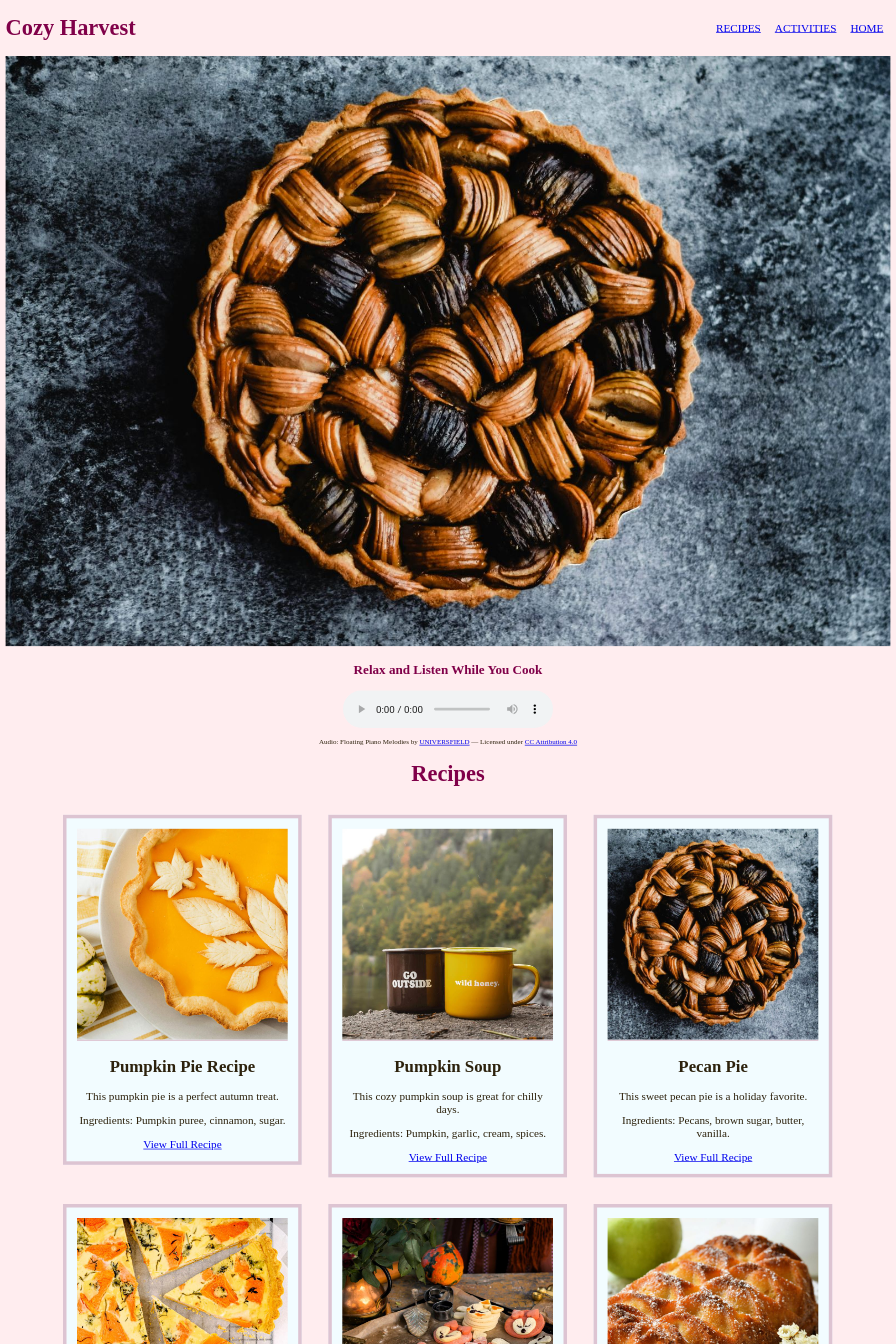
Repository: Brittany-Westlund/MART341-WebDesign
Page: WebDesignHomework/Assignment8/recipes.html
These files come from the project's save history. The page is drawn as it stood at one moment and after the next save; the edit follows.
The browser window is 1280 px wide. The pictures show the part of the page from y = 0 to 1920 px (the page is 2986 px tall before and 3014 px after), at 70% of full size.

Above is the page before, as saved 2024-10-13 14:00:28.

After the next save:
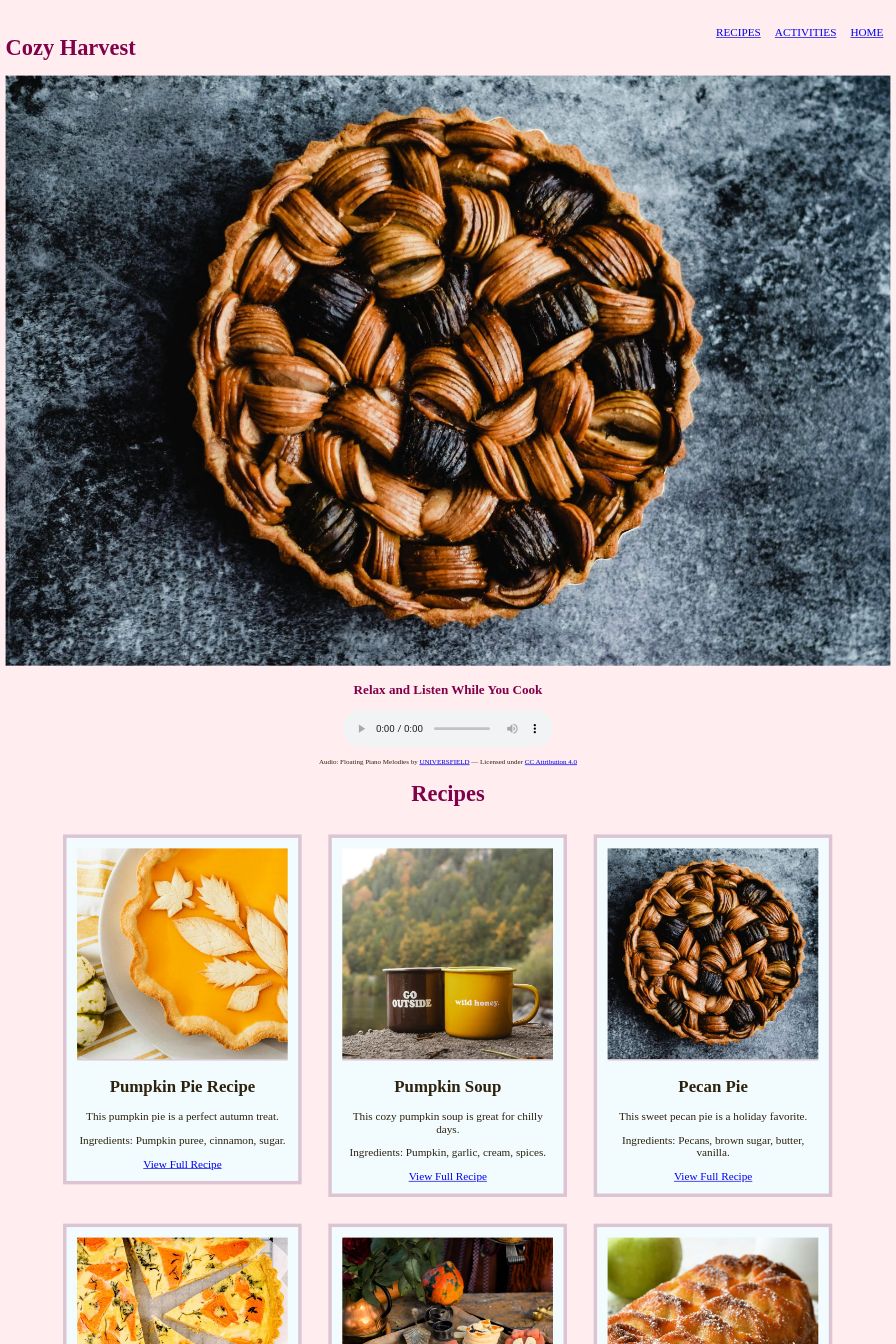
Saved 38 s later.
--- a/WebDesignHomework/Assignment8/recipes.html
+++ b/WebDesignHomework/Assignment8/recipes.html
@@ -8,6 +8,7 @@
     <style>
         body {
             background-color: rgb(255, 237, 239);
+            padding: 20px 0px 0px 0px;
         }
         h1 {
             color: rgb(128, 0, 73);

After the save that followed:
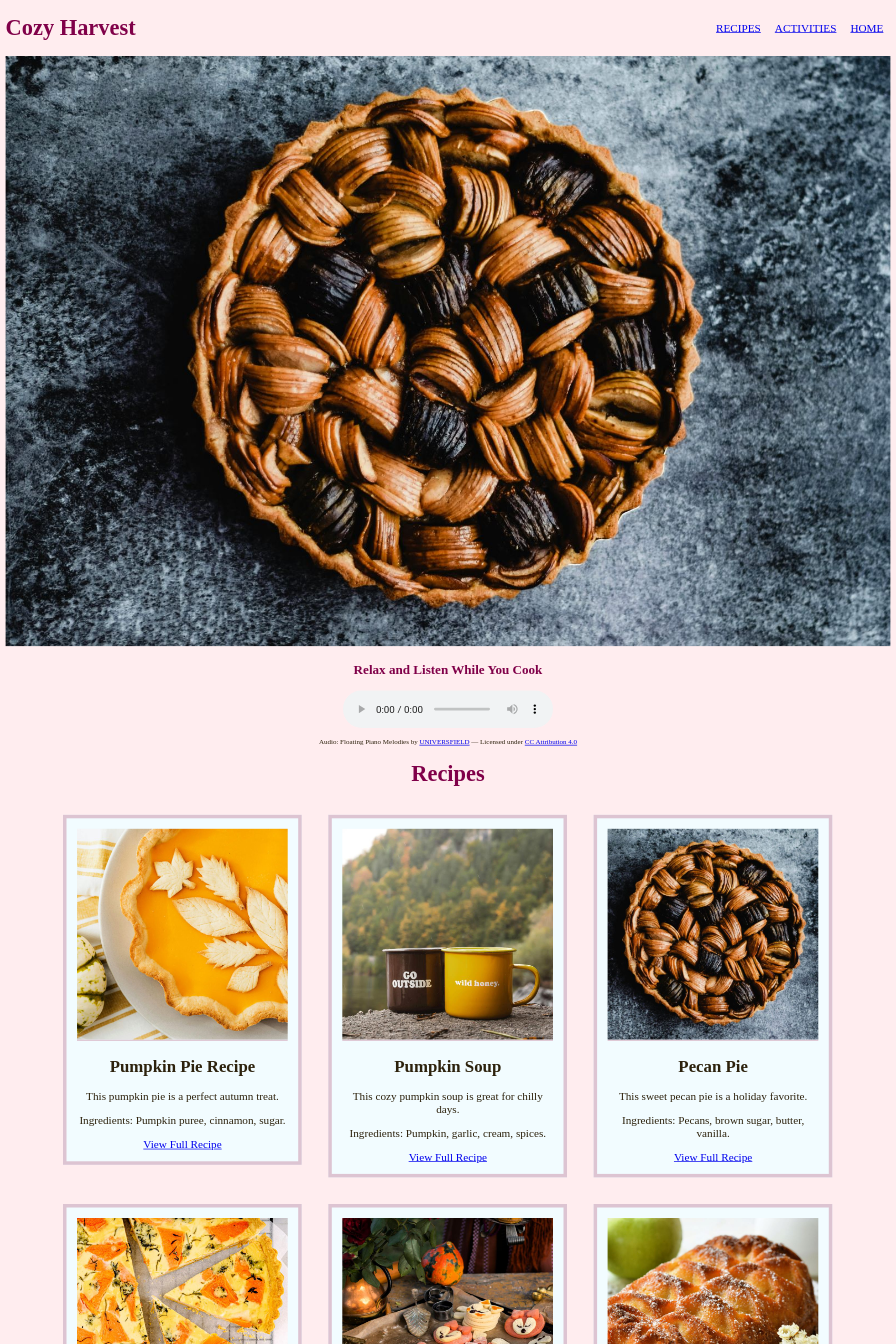
Saved 16 s later.
--- a/WebDesignHomework/Assignment8/recipes.html
+++ b/WebDesignHomework/Assignment8/recipes.html
@@ -8,7 +8,6 @@
     <style>
         body {
             background-color: rgb(255, 237, 239);
-            padding: 20px 0px 0px 0px;
         }
         h1 {
             color: rgb(128, 0, 73);
